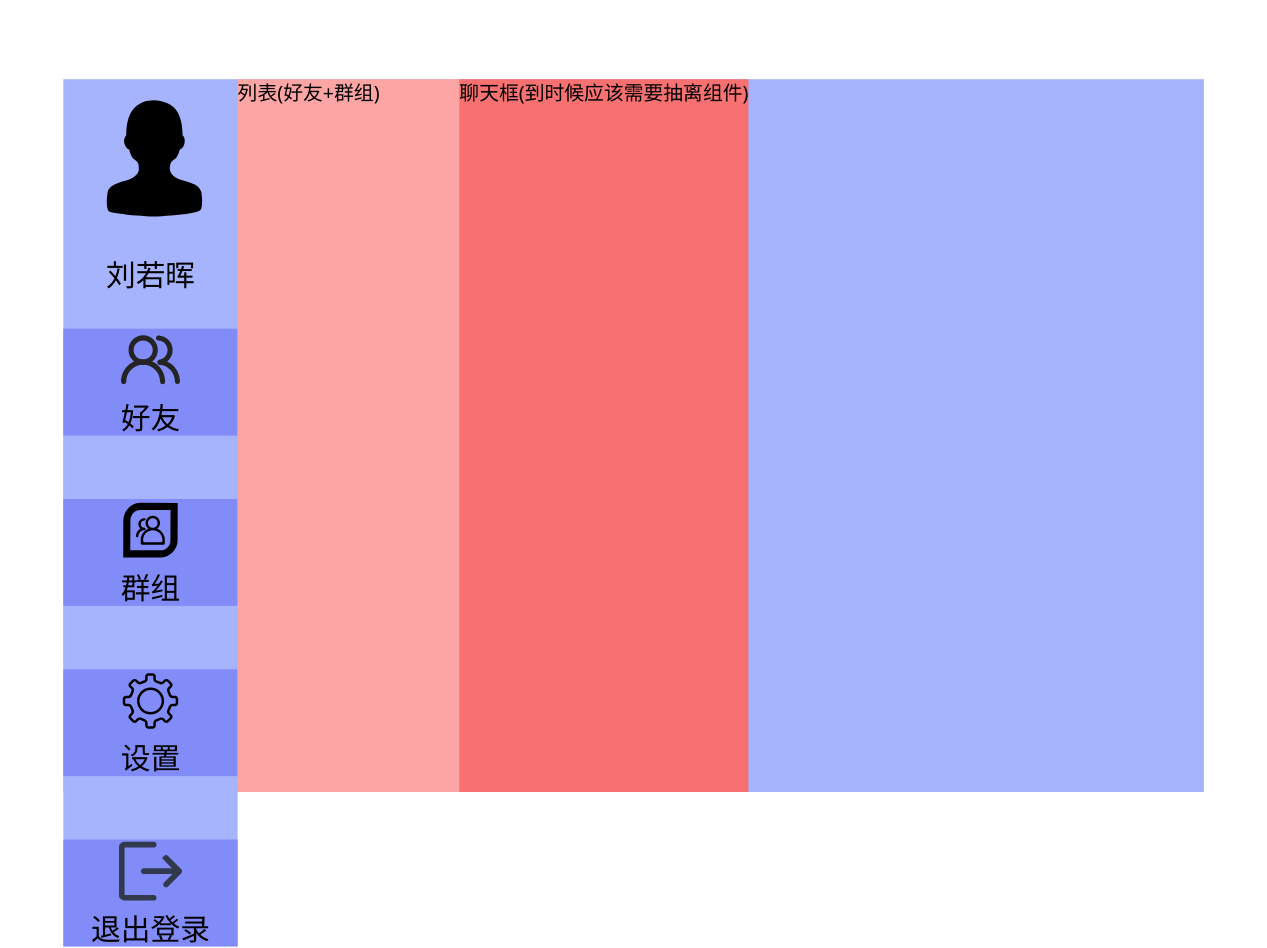
Repository: LiuRuohui/test_the_tailwindcss
Page: /
An editor plug-in stored every save of this project. The page is shown before and after the next save, followed by the edit.
The browser window is 1280 px wide. The pictures show the whole page, at 99% of full size.
The project was rebuilt for these pictures with package versions that can differ from the ones it lists, and the page was loaded fresh each time. Also part of the build but not shown: vite.config.js, src/components/WelcomingPage.vue, src/components/RegisterPage.vue, src/components/LoginPage.vue.

Above is the page before, as saved 2022-03-04 21:22:02.

After the next save:
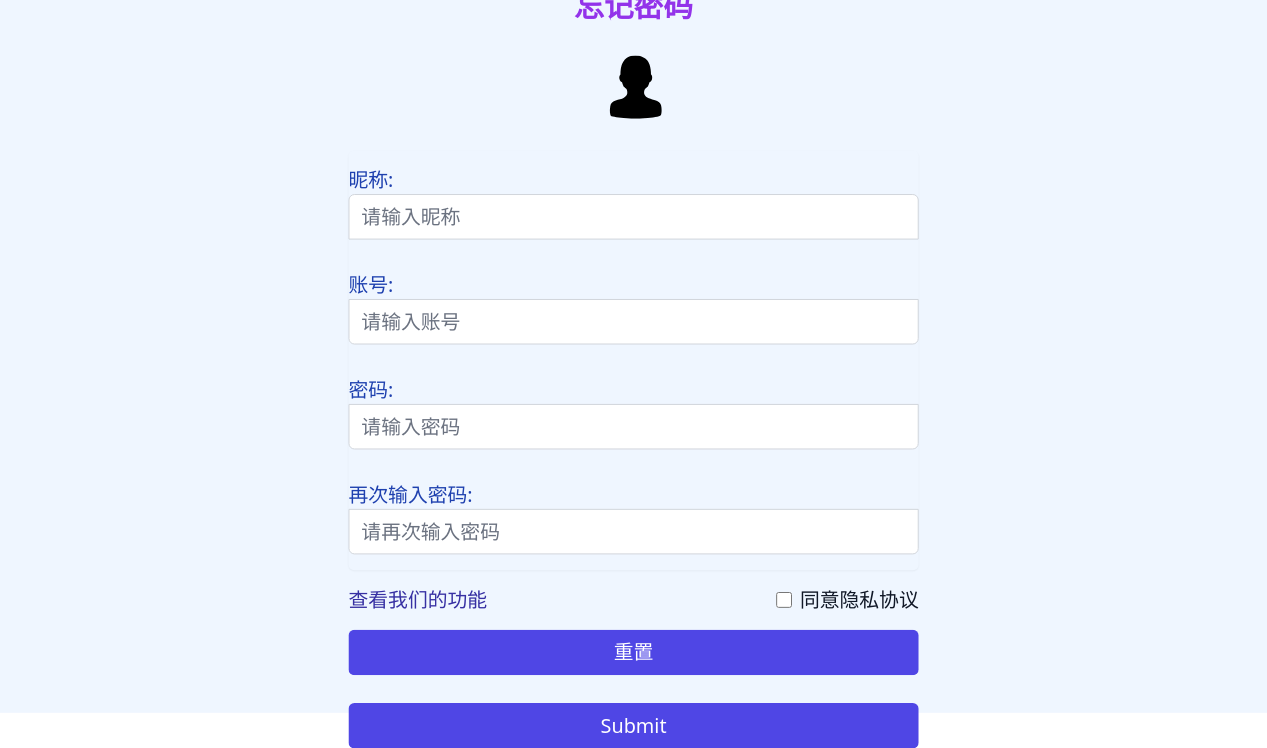
Saved 21 s later.
--- a/src/App.vue
+++ b/src/App.vue
@@ -3,13 +3,15 @@ import WelcomingPage from "./components/WelcomingPage.vue"
 import RegisterPage from "./components/RegisterPage.vue"
 import LoginPage from "./components/LoginPage.vue";
 import MainPage from "./components/MainPage.vue";
+import ForgetPasswd from "./components/ForgetPasswd.vue";
 </script>
 
 <template>
 <!--<WelcomingPage class="bg-blue-50 page"></WelcomingPage>
 <RegisterPage class="bg-blue-50 page"></RegisterPage>
-<LoginPage class="bg-blue-50 page"></LoginPage>  -->
-<MainPage class="bg-blue-50 page"></MainPage>
+<LoginPage class="bg-blue-50 page"></LoginPage>
+<MainPage class="bg-blue-50 page"></MainPage>  -->
+<ForgetPasswd class="bg-blue-50 page"></ForgetPasswd>
 </template>
 
 <style>
